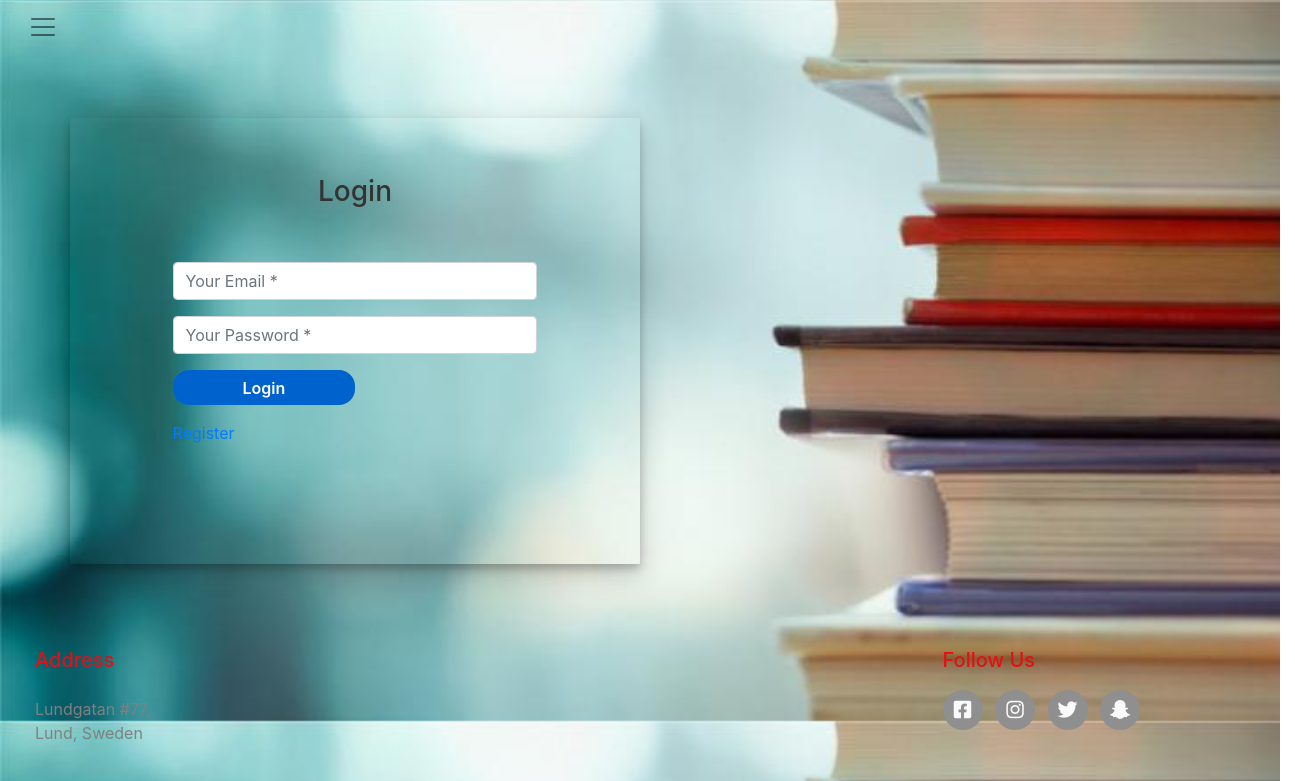
Repository: haithem2005/book-store2
Page: signup.html
The author's editor kept a record of every edit. The page is drawn from the files as they stood at one moment, then again after the next edit.
The browser window is 1280 px wide. The page is 1280 px wide, then 1295 px, so the pictures cover 1295 px, including what lies to the right of the window. The pictures show the whole page.
Backgrounds fixed to the window are drawn as part of the page. Some web fonts or font styles are not loaded; a fallback is used. Some web libraries are served in a nearby version.

Above is the page before.

### signup.html
<!DOCTYPE html>
<html lang="en">

<head>
    <meta charset="UTF-8">
    <meta name="viewport" content="width=device-width, initial-scale=1.0">
    <meta http-equiv="X-UA-Compatible" content="ie=edge">
    <link rel="stylesheet" href="https://stackpath.bootstrapcdn.com/bootstrap/4.3.1/css/bootstrap.min.css" integrity="sha384-ggOyR0iXCbMQv3Xipma34MD+dH/1fQ784/j6cY/iJTQUOhcWr7x9JvoRxT2MZw1T" crossorigin="anonymous">
    <link href="https://fonts.googleapis.com/css?family=Dancing+Script:400,700|Fruktur|Gloria+Hallelujah|Playball&display=swap" rel="stylesheet">
    <link rel="stylesheet" href="assets/css/style.css" type="text/css" />
    <link rel="stylesheet" href="https://use.fontawesome.com/releases/v5.8.2/css/all.css" integrity="sha384-oS3vJWv+0UjzBfQzYUhtDYW+Pj2yciDJxpsK1OYPAYjqT085Qq/1cq5FLXAZQ7Ay" crossorigin="anonymous">

<title>Login</title>
</head>

<body>
 <header>
    <div class="fluid-container navedite">
      <div class="row no-gutters ">
        <div class="col-3 3lines">
          <nav class="navbar navbar-light bg-light bar-lg fixed">
            <button class="navbar-toggler" type="button" data-toggle="collapse" data-target="#navbarsExample01" aria-controls="navbarsExample01" aria-expanded="false" aria-label="Toggle navigation">
    <span class="navbar-toggler-icon"></span>
  </button>
            <div class="collapse navbar-collapse" id="navbarsExample01">
              <ul class="navbar-nav mr-auto">
                <li class="nav-item active">
                  <a class="nav-link" href="#">Home <span class="sr-only">(current)</span></a>
                </li>
                <li class="nav-item active">
                  <a class="nav-link" href="#">Contact</a>
                </li>
                <li class="nav-item active">
                  <a class="nav-link" href="#">About Us</a>
                </li>
                <li class="nav-item dropdown">
                  <a class="nav-link dropdown-toggle" href="#" id="dropdown01" data-toggle="dropdown" aria-haspopup="true" aria-expanded="false">Catalogue</a>
                  <div class="dropdown-menu" aria-labelledby="dropdown01">
                    <a class="dropdown-item" href="#">Novels</a>
                    <a class="dropdown-item" href="#">Kids</a>
                    <a class="dropdown-item" href="#">Education</a>
                  </div>
                </li>
              </ul>
            </div>
          </nav>
        </div>
        <div class="col-9 header-list1">
          <ul class="header-list">
          <!--    <li><a href="#" target="_blank"><i class="fa fa-shopping-cart" style="font-size:20px"></i></a></li> -->
          </ul>
        </div>
      </div>
    </div>
  </header>
<div class="container login-container ">
            <div class="row">
                <div class="col-md-6 login-form-1">
                    <h3>Login</h3>
                    <form action="/BookStore/Login" method="post">
                        <div class="form-group">
                            <input type="email" name="email" class="form-control" placeholder="Your Email *" value="" required/>
                        </div>
                        <div class="form-group">
                            <input type="password" name="password" class="form-control" placeholder="Your Password *" value="" />
                        </div>
                        <div class="form-group">
                            <input type="submit" class="btnSubmit" value="Login" />
                        </div>
                        <div class="form-group">
                            <a href="/BookStore/Register.jsp" class="register">Register</a>
                        </div>
                    </form>
                </div>
            </div>
        </div>

    <!__________________footer___________->
    <footer class="container-fluid">
        <div id="footer-details" class="row no-gutters justify-content-center">
            <div class="col-sm-9">
                <h5 class="uppercase footer-heading">Address</h5>

                <p class="inline-block address">
                    Lundgatan #77, <br> Lund, Sweden
                </p>

            </div>

            <div class="col-sm-3 social-footer">
                <h5 class="uppercase footer-heading">Follow Us</h5>
                <ul class="list-inline social">
                    <li class="list-inline-item">
                        <a href="#" target="_blank">
                       <i class="fab fa-facebook-square"></i>
                           <span class="sr-only">facebook</span>
                    </a>
                    </li>
                    <li class="list-inline-item">
                        <a href="#" target="_blank">
                       <i class="fab fa-instagram"></i>
                           <span class="sr-only">instagram</span>
                    </a>
                    </li>
                    <li class="list-inline-item">
                        <a href="#" target="_blank">
                      <i class="fab fa-twitter"></i>
                           <span class="sr-only">twitter</span>
                    </a>
                    </li>
                    <li class="list-inline-item">
                        <a href="#" target="_blank">
                      <i class="fab fa-snapchat-ghost"></i>
                           <span class="sr-only">snap chat</span>
                    </a>
                    </li>
                </ul>
            </div>
        </div>

    </footer>





    <script src="https://code.jquery.com/jquery-3.3.1.slim.min.js " integrity="sha384-q8i/X+965DzO0rT7abK41JStQIAqVgRVzpbzo5smXKp4YfRvH+8abtTE1Pi6jizo " crossorigin="anonymous "></script>
    <script src="https://cdnjs.cloudflare.com/ajax/libs/popper.js/1.14.7/umd/popper.min.js " integrity="sha384-UO2eT0CpHqdSJQ6hJty5KVphtPhzWj9WO1clHTMGa3JDZwrnQq4sF86dIHNDz0W1 " crossorigin="anonymous "></script>
    <script src="https://stackpath.bootstrapcdn.com/bootstrap/4.3.1/js/bootstrap.min.js " integrity="sha384-JjSmVgyd0p3pXB1rRibZUAYoIIy6OrQ6VrjIEaFf/nJGzIxFDsf4x0xIM+B07jRM " crossorigin="anonymous "></script>

</body>

</html>

### assets/css/style.css
@import url('https://fonts.googleapis.com/css?family=Black+Ops+One|Pattaya&display=swap');


body,html {
 background: url(../images/book.jpg) no-repeat center center fixed;

  -webkit-background-size:cover;
  -moz-background-size:cover;
  -o-background-size:cover;
  background-size: cover;

}



.bar-lg{
    background-color: transparent !important;
    transition: color .15s ease-in-out,background-color .15s ease-in-out,border-color .15s ease-in-out,box-shadow .15s ease-in-out;
    border:none;

}


/*.bar-lg:hover{
    background-color: rgba(255,255,255,0.7) !important ;
}*/
.navbar-light .navbar-toggler{
    border:none;
}
.nav-item a{
    color: #4E4D4D !important;
    margin-left: 20px;

    -moz-transition: all .5s ease-in-out;
    -webkit-transition: all .5s ease-in-out;
    -o-transition:all .5s ease-in-out;

}
.nav-item a:hover{
    transform: translatex(20px);
    color: #E70E13 !important;
}
.navbar-nav .dropdown-menu {
    background-color: transparent;
    border:none;
}
.no-gutters {
  margin-right: 0;
  margin-left: 0;
}
.header-list li{
    display: inline;
    text-decoration: none;
    font-size: small;
    padding-left: 5px;
    padding-right: 5px;
}


.header-list{
   margin-right: 20px;
   margin-top: 10px;
   text-align: right;
}

/*.header-list1{
    background-color: transparent;
}*/

.navedite{
    background-color: transparent !important;
}




/*---------------footer-----------------------*/
footer{
    background-color: transparent;
    color: #FEF9F9;
    min-height: 120px;
    margin-top: 50px;

}
.footer-heading{
    color: #E70E13;
}

.social{
    padding-bottom: 15px;
}
.social li a i{
    margin-top: 10px;
    font-size: 20px;
    width: 40px;
    height: 40px;
    text-align: center;
    padding:12px 0;
    border-radius: 50%;
    background-color: #8f8f8f;
    color: #fafafa;
    line-height: 16px;
     transition: all 0.35s ease-in-out;
    -moz-transition: all 0.35s ease-in-out;
    -webkit-transition: all 0.35s ease-in-out;
    -o-transition: all 0.35s ease-in-out;
}
.social li a i:hover{
    background:#E70E13;
}
#footer-details{
    padding: 20px;

}






.address{
    margin-top: 25px;
    color: grey;
}

.card img{
    height: 200px;
    width: 100%;
    margin: auto;
    border-top-right-radius: 50px;
    border-top-left-radius: 50px;



}

.card{
    margin-top: 30px;
    min-height: 500px;
    min-width:   30%;
    border-radius: 10%;




}
.card-footer{
    text-align: center;
}


.carousel-inner{
    max-height: 100vh;
}

.price{
    color: red;
}

.sub-title{
    margin-top: 50px;
    margin-left: 20px;
    font-family: 'Pattaya', sans-serif;
}
.main-title{
    text-align: center;
    margin-bottom: 20px;
    font-family: 'Black Ops One', cursive;
}


/* Quotes */

.media img{
    width: 100px;
    height: 100px;
    border-radius: 50%;

}
.media{
    margin-top: 50px;
    margin-left: 20px;
    margin-bottom: 50px;
}


/* Block dividers */

.block-divider {
    width: 75px;
    height: 5px;
    border: 0;
    background-color: #444;
}

.block-divider--orange {
    background-color: #f05f40;
    margin-top: 50px;
}

.block-divider--white {
    background-color: white;
}

.block-divider--short {
    width: 35px;
}

.aboutUs{
    font-size: 50px;
    text-align: center;
    margin-bottom: 25px;

}

/*---------------events-form/events-page-----------------------*/

.center-form{
    margin: 0 auto;
    padding-top: 50px;
    max-width: 70%;
}
.form-item{
   margin-bottom: 10px;
   border:3px solid;
   border-color: #858181;

}
button[type="submit"]{
    margin-top: 10px;
    margin-bottom: 20px;
    color:#fafafa;
    background-color: #E70E13;
    border: none;
    transition: color .15s ease-in-out,background-color .15s ease-in-out,border-color .15s ease-in-out,box-shadow .15s ease-in-out;
}
.btn-secondary:hover{
    background-color: #858181 !important;
    color:yellow!important;
}

@media(min-width:776px){
    .center-form{
        min-height: 240px;
        max-width: 50%;
        margin: 0 auto;
    }
}


.events-text{
    color: #fafafa;

}

/*section for form*/
.login-container{
    margin-top: 5%;
    margin-bottom: 5%;
}
.login-form-1{
    padding: 5%;
    box-shadow: 0 5px 8px 0 rgba(0, 0, 0, 0.2), 0 9px 26px 0 rgba(0, 0, 0, 0.19);
}
.login-form-1 h3{
    text-align: center;
    color: #333;
}
.login-container form{

    padding: 10%;
}
.btnSubmit
{
    width: 50%;
    border-radius: 1rem;
    padding: 1.5%;
    border: none;
    cursor: pointer;
}
.login-form-1 .btnSubmit{
    font-weight: 600;
    color: #fff;
    background-color: #0062cc;
}
.login-form-1 .ForgetPwd{
    color: #0062cc;
    font-weight: 600;
    text-decoration: none;
}

After the next edit:
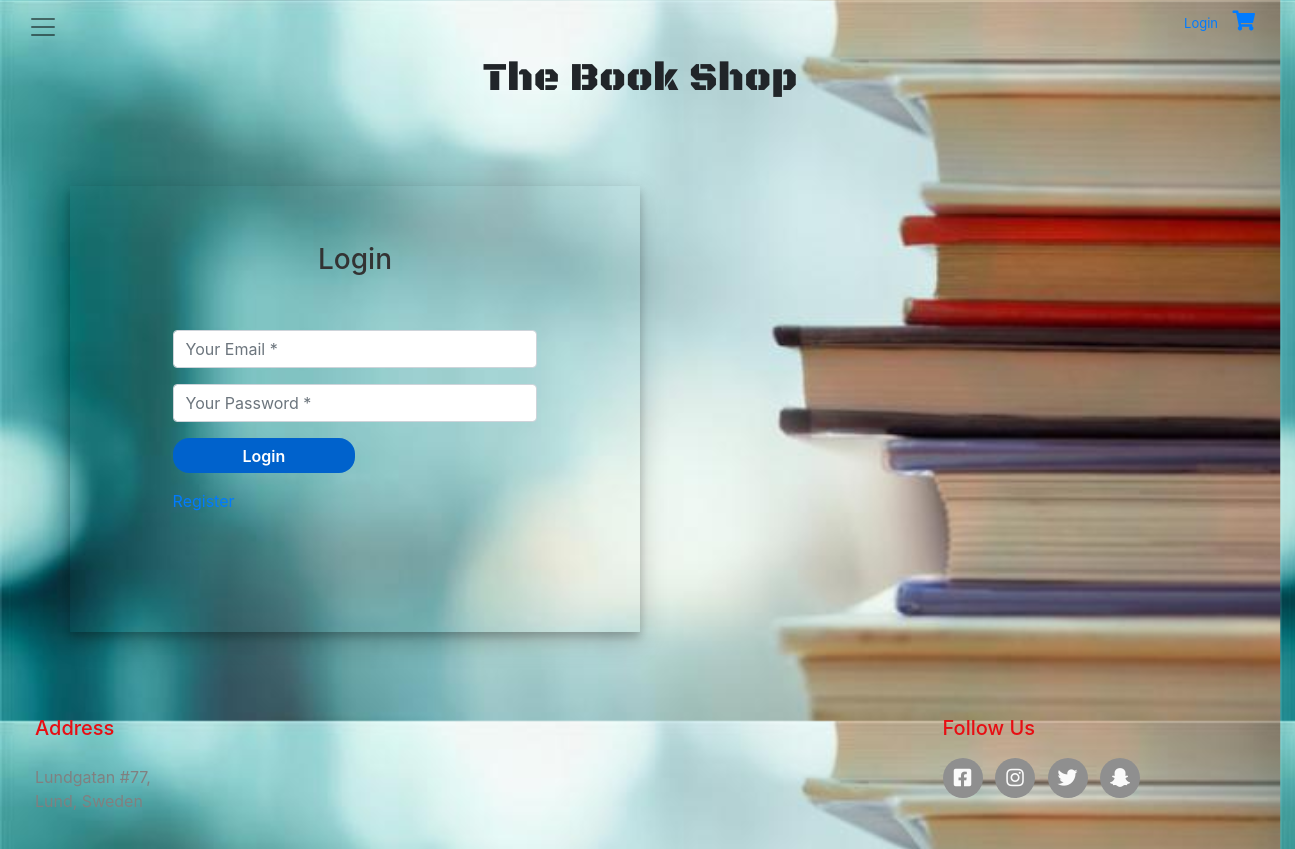
The edit:
--- a/signup.html
+++ b/signup.html
@@ -15,44 +15,58 @@
 
 <body>
  <header>
-    <div class="fluid-container navedite">
-      <div class="row no-gutters ">
-        <div class="col-3 3lines">
-          <nav class="navbar navbar-light bg-light bar-lg fixed">
-            <button class="navbar-toggler" type="button" data-toggle="collapse" data-target="#navbarsExample01" aria-controls="navbarsExample01" aria-expanded="false" aria-label="Toggle navigation">
-    <span class="navbar-toggler-icon"></span>
-  </button>
-            <div class="collapse navbar-collapse" id="navbarsExample01">
-              <ul class="navbar-nav mr-auto">
-                <li class="nav-item active">
-                  <a class="nav-link" href="#">Home <span class="sr-only">(current)</span></a>
-                </li>
-                <li class="nav-item active">
-                  <a class="nav-link" href="#">Contact</a>
-                </li>
-                <li class="nav-item active">
-                  <a class="nav-link" href="#">About Us</a>
-                </li>
-                <li class="nav-item dropdown">
-                  <a class="nav-link dropdown-toggle" href="#" id="dropdown01" data-toggle="dropdown" aria-haspopup="true" aria-expanded="false">Catalogue</a>
-                  <div class="dropdown-menu" aria-labelledby="dropdown01">
-                    <a class="dropdown-item" href="#">Novels</a>
-                    <a class="dropdown-item" href="#">Kids</a>
-                    <a class="dropdown-item" href="#">Education</a>
-                  </div>
-                </li>
-              </ul>
+        <div class="fluid-container navedite">
+            <div class="row no-gutters ">
+                <div class="col-3 3lines">
+                    <nav class="navbar navbar-light bg-light bar-lg fixed">
+
+                        <button class="navbar-toggler" type="button" data-toggle="collapse" data-target="#navbarsExample01" aria-controls="navbarsExample01" aria-expanded="false" aria-label="Toggle navigation">
+                             <span class="navbar-toggler-icon"></span>
+                        </button>
+
+                        <div class="collapse navbar-collapse" id="navbarsExample01">
+                            <ul class="navbar-nav mr-auto">
+                                <li class="nav-item active">
+                                    <a class="nav-link" href="index.html">Home <span class="sr-only">(current)</span></a>
+                                </li>
+                                <li class="nav-item active">
+                                    <a class="nav-link" href="contact.html">Contact</a>
+                                </li>
+                                <li class="nav-item active">
+                                    <a class="nav-link" href="aboutus.html">About Us</a>
+                                </li>
+
+                                <li class="nav-item dropdown">
+                                    <a class="nav-link dropdown-toggle" href="#" id="dropdown01" data-toggle="dropdown" aria-haspopup="true" aria-expanded="false">Catalogue</a>
+                                    <div class="dropdown-menu" aria-labelledby="dropdown01">
+                                        <a class="dropdown-item" href="novels.html">Novels</a>
+                                        <a class="dropdown-item" href="kids.html">Kids</a>
+                                        <a class="dropdown-item" href="showall.html">Show All</a>
+                                    </div>
+                                </li>
+                            </ul>
+                        </div>
+                    </nav>
+                </div>
+                <div class="col-9 header-list1">
+
+                    <ul class="header-list">
+                        <li><a href="signup.html" target="_blank">Login</a></li>
+
+                        <li><a href="shopcart.html" target="_blank"><i class="fa fa-shopping-cart" style="font-size:20px"></i></a></li>
+                    </ul>
+
+                </div>
             </div>
-          </nav>
         </div>
-        <div class="col-9 header-list1">
-          <ul class="header-list">
-          <!--    <li><a href="#" target="_blank"><i class="fa fa-shopping-cart" style="font-size:20px"></i></a></li> -->
-          </ul>
+        <div class="row">
+            <div class="col-12">
+                <h1 class="main-title">The Book Shop</h1>
+            </div>
         </div>
-      </div>
-    </div>
-  </header>
+    </header>
+
+          <!----------------------->
 <div class="container login-container ">
             <div class="row">
                 <div class="col-md-6 login-form-1">
@@ -62,7 +76,7 @@
                             <input type="email" name="email" class="form-control" placeholder="Your Email *" value="" required/>
                         </div>
                         <div class="form-group">
-                            <input type="password" name="password" class="form-control" placeholder="Your Password *" value="" />
+                            <input type="password" name="password" class="form-control" placeholder="Your Password *" value="" required/>
                         </div>
                         <div class="form-group">
                             <input type="submit" class="btnSubmit" value="Login" />
